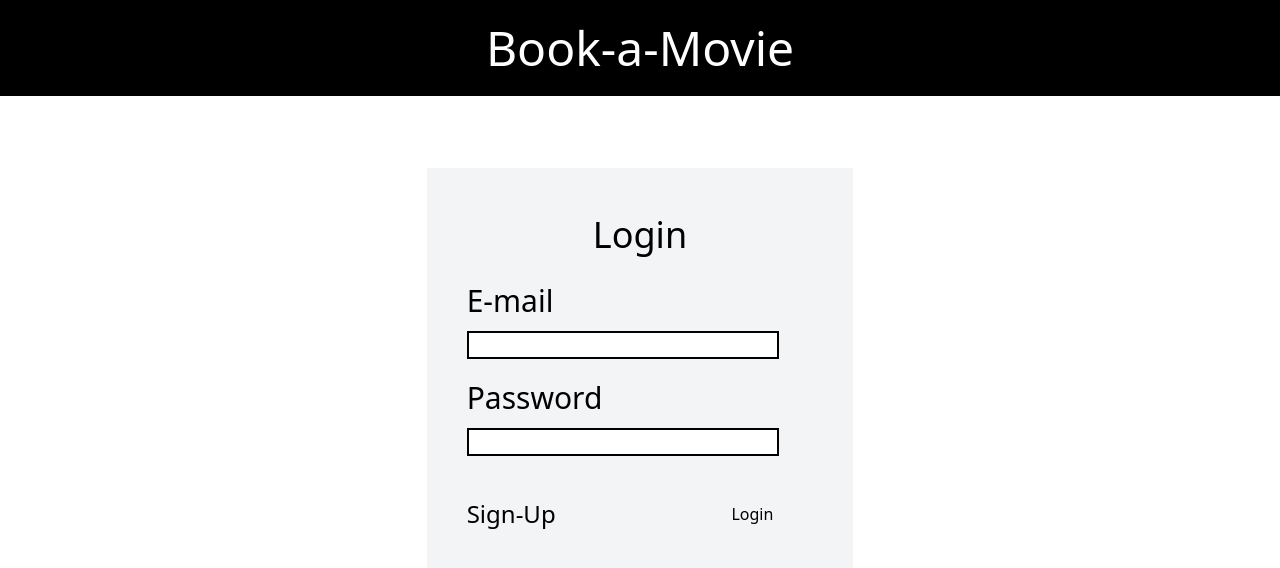
Repository: BhumilModi/movie-booking-app-assignment
Page: /
An editor plug-in stored every save of this project. The page is shown before and after the next save, followed by the edit.
The browser window is 1280 px wide. The pictures show the whole page.
The project was rebuilt for these pictures with package versions that can differ from the ones it lists, and the page was loaded fresh each time. Also part of the build but not shown: src/App.css.

Above is the page before, as saved 2022-11-29 18:17:52.

After the next save:
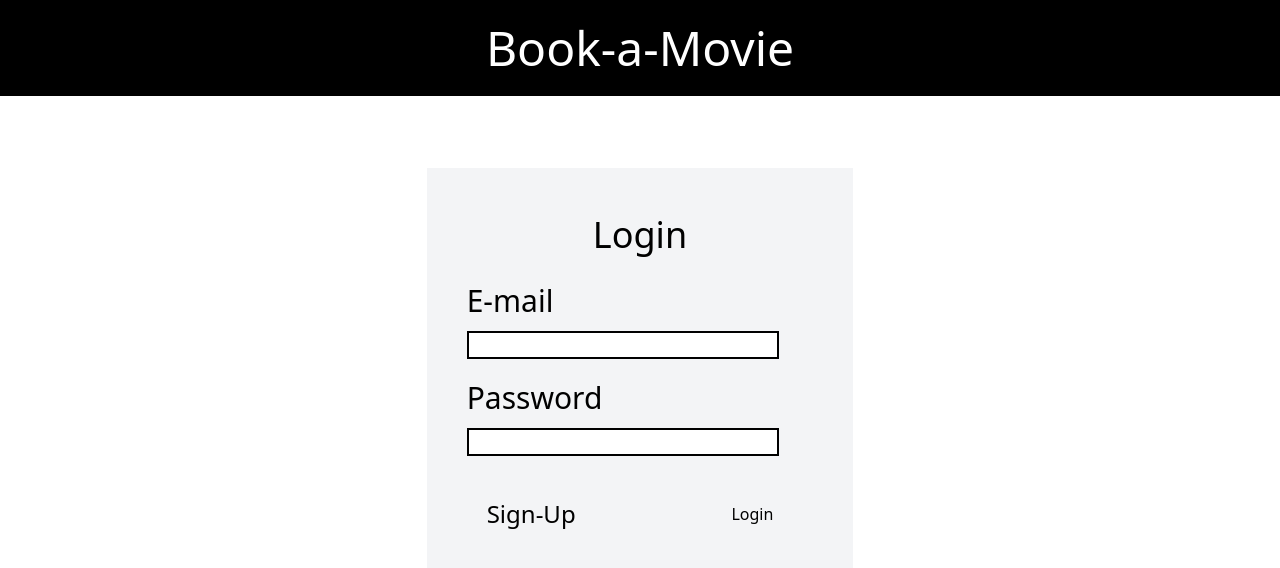
Saved 15 s later.
--- a/src/components/Login.jsx
+++ b/src/components/Login.jsx
@@ -12,7 +12,7 @@ function Login() {
         <div className="text-[30px] mt-4 mb-2">Password</div>
         <input type="password" className="w-[90%] border-2 border-black" />
         <div className="flex justify-between items-center mt-10 mr-10">
-          <p className="text-[24px]">Sign-Up</p>
+          <p className="text-[24px] ml-5">Sign-Up</p>
           <button>Login</button>
         </div>
       </div>
